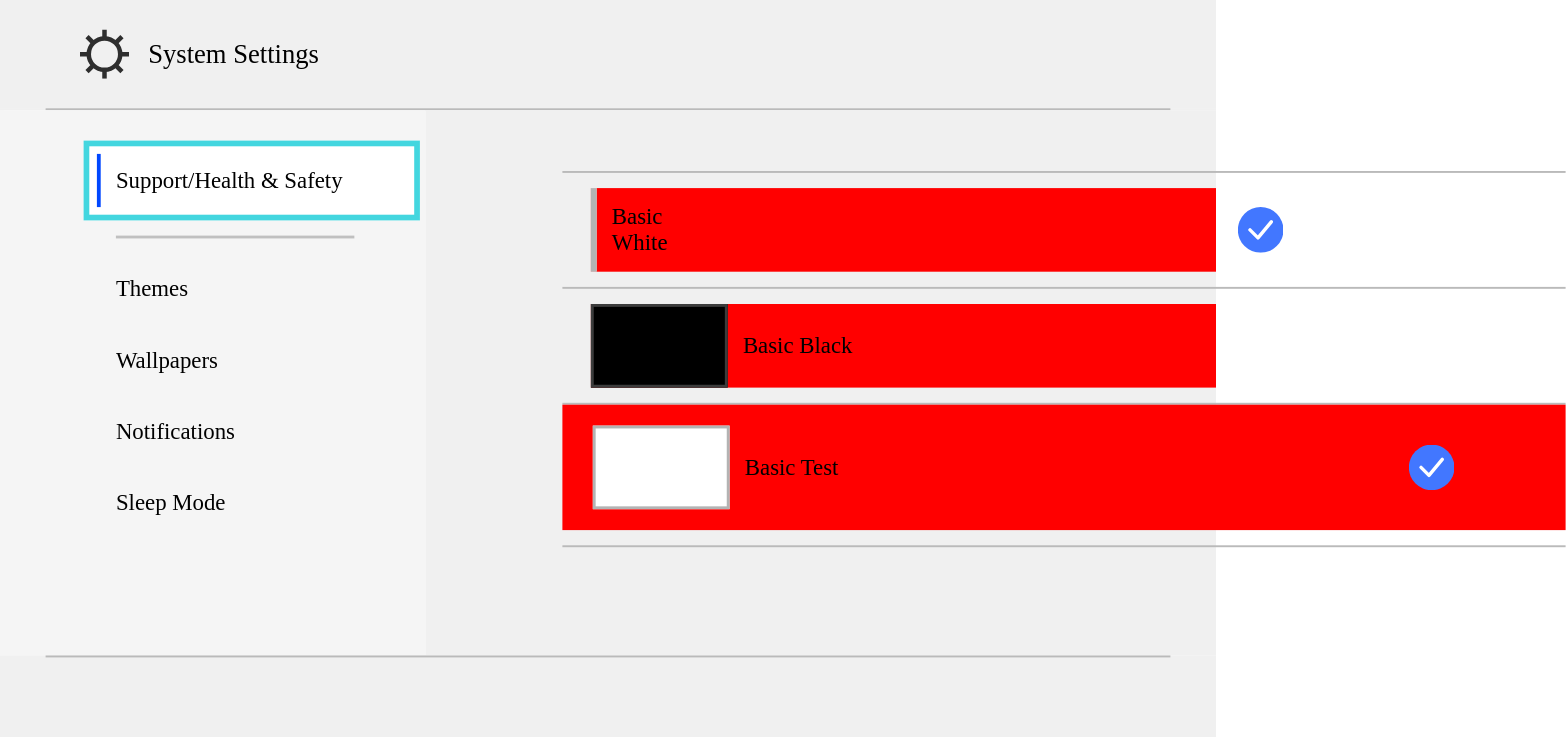
Repository: danielj1415/nintendoSwitchUI2
Page: /settings
These files come from the project's save history. The page is drawn as it stood at one moment and after the next save; the edit follows.
The browser window is 1280 px wide. The page is 1648 px wide, so the pictures cover 1648 px, including what lies to the right of the window. The pictures show the whole page, at 95% of full size.
The project was rebuilt for these pictures with package versions that can differ from the ones it lists, and the page was loaded fresh each time. Also part of the build but not shown: vite.config.js, src/ScreenHome.jsx.

Above is the page before, as saved 2024-09-29 19:29:33.

### src/App.jsx
import { BrowserRouter as Router, Routes, Route } from "react-router-dom";
import ScreenHome from "./ScreenHome";
import ScreenSettings from "./ScreenSettings";
import './App.css';

function App() {
  return (
    <Router>
      <Routes>
        <Route path="/" element={<ScreenHome />} />
        <Route path="/settings" element={<ScreenSettings />} />
      </Routes>
    </Router>
  );
}

export default App;

### src/ScreenSettings.jsx

import "./ScreenSettings.css";
import iconBrightnessLight from "./assets/icons/iconBrightnessLight.svg";
import { useState, useEffect } from "react";
import iconCheckMark from "./assets/icons/iconCheckMark.svg";

function ScreenSettings(){

    const settingsOptions = [
        { name: "Support/Health & Safety"},
        { name: "Themes"},
        { name: "Wallpapers"},
        { name: "Notifications"},
        { name: "Sleep Mode"},
        //{ name: "Airplane Mode"}, // Add corresponding images for these games
      ];

      const [selectedIndex, setSelectedIndex] = useState(0);
      const [optionsTheme, setOptionsTheme] = useState(true); // true means the user is on the Themes page for the system settings
      const [optionsWallpaper, setOptionsWallpaper] = useState(false); // true means the user is on the Wallpaper page for the system settings

      useEffect(() => {
        const handleKeyDown = (event) => {
          if (event.key === "ArrowDown") {
            event.preventDefault();
            setSelectedIndex((prevIndex) =>
              prevIndex < settingsOptions.length - 1 ? prevIndex + 1 : 0
            );
          } else if (event.key === "ArrowUp") {
            event.preventDefault();
            setSelectedIndex((prevIndex) =>
              prevIndex > 0 ? prevIndex - 1 : settingsOptions.length - 1
            );
          }
        };

        window.addEventListener("keydown", handleKeyDown);

        // Clean up the event listener
        return () => {
          window.removeEventListener("keydown", handleKeyDown);
        };
      }, [settingsOptions.length]);

    return(
        <div className = "settingsScreen">
            <div className = "topMenuSettings">
                <div className = "topMenuRow">
                    <img src = {iconBrightnessLight} className = "iconBrightnessLight marginRight28 marginLeft108"/>
                    <p className = "headingText">System Settings</p>
                </div>
                <div className = "divider"/>
            </div>
            <div className="middleMenuSettings">
            <div className="leftMenuSettings">
            <div className = "spacer"/>
            {/* Render the first option separately */}
            {settingsOptions.slice(0, 1).map((option, index) => (
                <div
                    key={index}
                    className={`leftMenuOptions ${
                        selectedIndex === index ? "selectedOption" : "unselectedOption"
                    }`}
                >
                    {selectedIndex === index && (
                        <div className="selectedOptionLine marginLeft8 marginRight16" />
                    )}
                    <div>
                        <p className={`subheadingText`}>{option.name}</p>
                    </div>
                    {/* Add a line after the first option */}
                    <div className="lineAfterOption"></div>
                </div>
            ))}
            <div className = "square"/>
            {/* Render the remaining options */}
            {settingsOptions.slice(1).map((option, index) => (
            <div
                key={index + 1}  // Offset index for the remaining items
                className={`leftMenuOptions ${
                    selectedIndex === index + 1 ? "selectedOption" : "unselectedOption"
                }`}
            >
                {selectedIndex === index + 1 && (
                    <div className="selectedOptionLine marginLeft8 marginRight16" />
                )}
                <div>
                    <p className={`subheadingText`}>{option.name}</p>
                </div>
            </div>
            ))}
            </div>
                <div className="rightMenuSettings">
                {optionsTheme === true && ( // theme page on system settings
                    <div className = "themePage">
                        <div className = "themeLine marginTop64"></div>
                        <div className = "themeRow marginLeft174 marginTop32">
                            <div className = "themeWhiteRectangle marginRight16"></div>
                            <p className = "subheadingText">Basic White</p>
                            <img className = "iconCheckMark" src = {iconCheckMark}/>
                        </div>
                        <div className = "themeLine marginTop32"></div>
                        <div className = "themeRow marginLeft174 marginTop32">
                            <div className = "themeBlackRectangle marginRight16"></div>
                            <p className = "subheadingText">Basic Black</p>
                        </div>
                        <div className = "themeLine marginTop32"></div>

                        <div className = "themeRowSelected marginLeft144">
                            <div className = "themeWhiteRectangle marginRight16 marginLeft32"></div>
                            <p className = "subheadingText">Basic Test</p>
                            <img className = "iconCheckMark" src = {iconCheckMark}/>
                        </div>
                        <div className = "themeLine marginTop32"></div>
                    </div>
                )}
                {optionsWallpaper === true && ( // wallpaper page on system settings
                    <div className = "wallpaperPage">
                        Your mom's wallpaper
                    </div>
                )}
                </div>
            </div>
            <div className = "bottomMenuSettings">
                <div className = "divider"/>
            </div>
        </div>
    )
}

export default ScreenSettings;

### src/App.css
html, body {
  margin: 0;
  padding: 0;
  height: 100%;
  width: 100%;
}

.appScreen{
  display: flex;
  justify-content: center;
  align-items: center;
  height: 100vh;
}

### src/ScreenHome.css

@import "./fonts.css";

/* Set the container to relative positioning */
.homeScreen {
    position: relative;
    width: 100vw;
    height: 100vh;
    overflow-x: hidden;
  }

  /* Set the image to cover the entire container */
  .wallpaper {
    position: absolute;
    top: 0;
    left: 0;
    width: 100%;
    height: 100%;
    object-fit: cover; /* Ensure the image covers the whole area */
    z-index: -1; /* Send the image to the background */
  }

  /* Row of squares */
  .square-row {
    display: flex;
    justify-content: space-between; /* Space the squares evenly */
    position: relative; /* Ensure it's positioned on top of the image */
    width: 100%;
    height: 460px; /* Adjust the height of the row */
    z-index: 1; /* Ensure the row stays above the image */
    top: 50%; /* Vertically center the row */
    transform: translateY(-340px); /* Adjust the top positioning for perfect centering */
    margin-left: 80px;
    gap: 32px;
  }

  /* Individual squares */
  .game {
    flex-shrink: 0;
    width: 360px;
    height: 360px;
    background-color: rgba(255, 255, 255, 0.2); /* Add some transparency */
    backdrop-filter: blur(15px); /* Apply the blur effect to the background */
    transition: all 0.3s ease; /* Smooth transition when selecting */
    display: flex; /* Enable Flexbox */
        justify-content: center; /* Horizontally center the image */
        align-items: center; /* Vertically center the image */
        box-shadow: 0 4px 8px rgba(0, 0, 0, 0.5); /* Add a soft shadow */
  }

  /* Selected game styles */
.game.selected {
    width: 440px; /* Increase the size of the selected game */
    height: 440px;
    transform: translateY(-60px);
  }

  .game-name {
    position: absolute;
    font-family: "Nintendo Switch UI";
    white-space: nowrap; /* Ensure the text stays on one line */
    left: 50%; /* Center the text horizontally */
    transform: translateX(-50%); /* Ensure centering within its container */
    height: 100px;
    top: -100px;
    width: 600px;

  }

  .game-name-text{
    color: #43D6DF;
    font-size: 36px;
    text-align: center;
  }
  .game-image {
    width: 92%;
    height: 92%;
    object-fit: cover; /* Ensure the image covers the entire div */
  }
  .game-image {
    opacity: 0.5; /* Make the image 50% opaque */
    transition: opacity 0.3s ease; /* Smooth transition for the opacity change */
  }

  /* Selected game's image (full opacity) */
  .game.selected .game-image {
    opacity: 1; /* Full opacity for the selected game's image */
  }

  .profileIconContainer{
    display: flex;
    flex-direction: column; /* Ensure the number and image are stacked vertically */
    align-items: center; /* Center the number and image horizontally */
    width: 64px;
    margin-left: 80px;
  }

  .imageProfile{
    width: 48px;
    height: 48px;
    border-radius: 50%;
    border: 3px solid #43D6DF;
    margin-top: -24px;
  }

  .profileFriends{
    font-family: "Nintendo Switch UI";
    font-size: 24px;
    color: #43D6DF
  }

  .circle-row{
    display: flex;
    gap: 28px;
    justify-content: center;
    margin-top: 96px;
  }

  .icons{
    width: 90px;
    height: 90px;
    border-radius: 50%;
    background-color: rgba(255, 255, 255, 0.3); /* Add some transparency */
    box-shadow: 0 4px 8px rgba(0, 0, 0, 0.5); /* Add a soft shadow */
    backdrop-filter: blur(15px);
  }

  .iconRowCircle{
    width: 90px;
    height: 90px;
    border-radius: 50%;
    background-color: rgba(255, 255, 255, 0.3); /* Add some transparency */
    box-shadow: 0 3px 6px rgba(0, 0, 0, 0.3); /* Add a soft shadow */
    backdrop-filter: blur(15px);
    display: flex;
    align-items: center;
    justify-content: center;
    position: relative;
  }

  .iconRowImage{
    width: 48px;
    height: 48px;
  }

  .iconRowImage2{
    width: 52px;
    height: 52px;
    margin-left: 4px;
    margin-top: 4px;
  }


.selectedIcon {
  position: relative;
}

.selectedIcon::before {
  content: "";
  position: absolute;
  top: -4px;
  left: -4px;
  width: calc(100%);
  height: calc(100%);
  border: 4px solid #43D6DF;
  border-radius: 50%;
  pointer-events: none;
}

  .bottomMenu{
    margin-left: 80px;
    margin-right: 80px;
    margin-top: 72px;
  }

  .lineDivider{
    height: 2px;
    width:auto;
    background-color: #ffffff;
  }

  .iconSwitchLight{
    width: 96px;
    height: 44px;
    box-shadow: 0 4px 8px rgba(0, 0, 0, 0.5);
    border-radius: 8px;
  }

  .bottomMenuRow{
    display: flex;
    align-items: center;
    justify-content: space-between;
    margin-top: 28px;
  }

  .bottomMenuRowIcons{
    width: 400px;
    height: 44px;
    display: flex;
    align-items: center;
    justify-content: end;
  }

  .iconA{
    width: 36px;
    height: 36px;
    box-shadow: 0 4px 8px rgba(0, 0, 0, 0.5);
    border-radius: 50%;
  }

  .iconOptions{
    width: 36px;
    height: 36px;
    box-shadow: 0 4px 8px rgba(0, 0, 0, 0.5);
    border-radius: 50%;
  }

  .bottomMenuRowText{
    font-family: "Nintendo Switch UI";
    color: white;
    font-size: 26px;
    text-shadow: 0 0 10px rgba(255, 255, 255, 0.8),
  }

  .marginRight20{
    margin-right: 20px;
  }

  .marginLeft84{
    margin-left: 84px;
  }

  @media (max-height: 800px) and (min-height: 700px)
  {
    .game {
        flex-shrink: 0;
        width: 306px;
        height: 306px;
        background-color: rgba(255, 255, 255, 0.3); /* Add some transparency */
        backdrop-filter: blur(15px); /* Apply the blur effect to the background */
        transition: all 0.3s ease; /* Smooth transition when selecting */
        display: flex; /* Enable Flexbox */
        justify-content: center; /* Horizontally center the image */
        align-items: center; /* Vertically center the image */
        box-shadow: 0 4px 8px rgba(0, 0, 0, 0.5); /* Add a soft shadow */
      }

      /* Selected game styles */
    .game.selected {
        width: 380px; /* Increase the size of the selected game */
        height: 380px;
        transform: translateY(-60px);
      }
      .game-name-text{
        color: #43D6DF;
        font-size: 32px;
        text-align: center;
      }
      .game-name {
        position: absolute;
        font-family: "Nintendo Switch UI";
        white-space: nowrap; /* Ensure the text stays on one line */
        left: 50%; /* Center the text horizontally */
        transform: translateX(-50%); /* Ensure centering within its container */
        height: 100px;
        top: -80px;
        width: 600px;
      }
      .square-row {
        display: flex;
        justify-content: space-between; /* Space the squares evenly */
        position: relative; /* Ensure it's positioned on top of the image */
        width: 100%;
        height: 360px; /* Adjust the height of the row */
        z-index: 1; /* Ensure the row stays above the image */
        top: 50%; /* Vertically center the row */
        transform: translateY(-280px); /* Adjust the top positioning for perfect centering */
        margin-left: 80px;
        gap: 32px;
      }
      .game-image {
        width: 92%;
        height: 92%;
        object-fit: cover; /* Ensure the image covers the entire div */
      }
      .game-image {
        opacity: 0.5; /* Make the image 50% opaque */
        transition: opacity 0.3s ease; /* Smooth transition for the opacity change */
      }

      /* Selected game's image (full opacity) */
      .game.selected .game-image {
        opacity: 1; /* Full opacity for the selected game's image */
      }
      .circle-row{
        display: flex;
        gap: 28px;
        justify-content: center;
        margin-top: 96px;
        height: 1px;
      }

      .icons{
        width: 72px;
        height: 72px;
        border-radius: 50%;
        background-color: rgba(255, 255, 255, 0.3); /* Add some transparency */
        box-shadow: 0 4px 8px rgba(0, 0, 0, 0.5); /* Add a soft shadow */
        backdrop-filter: blur(15px);
      }

      .iconRowCircle{
        width: 72px;
        height: 72px;
        border-radius: 50%;
        background-color: rgba(255, 255, 255, 0.3); /* Add some transparency */
        box-shadow: 0 3px 6px rgba(0, 0, 0, 0.3); /* Add a soft shadow */
        backdrop-filter: blur(15px);
        display: flex;
        align-items: center;
        justify-content: center;
        position: relative;
      }

      .iconRowImage{
        width: 40px;
        height: 40px;
      }

      .iconRowImage2{
        width: 48px;
        height: 48px;
        margin-left: 4px;
        margin-top: 4px;
      }


    .selectedIcon {
      position: relative;
    }

    .selectedIcon::before {
      content: "";
      position: absolute;
      top: -4px;
      left: -4px;
      width: calc(100%);
      height: calc(100%);
      border: 4px solid #43D6DF;
      border-radius: 50%;
      pointer-events: none;
    }
    .bottomMenu{
      margin-left: 80px;
      margin-right: 80px;
      height: 1px;
      margin-top: 108px;
    }

    .lineDivider{
      height: 2px;
      width:auto;
      background-color: #ffffff;
    }

    .iconSwitchLight{
      width: 84px;
      height: 52px;
      margin-top: 16px;
    }
    .bottomMenuRow{
      display: flex;
      align-items: center;
      justify-content: space-between;
      margin-top: 4px;
    }
    .iconA{
      width: 28px;
      height: 28px;
      box-shadow: 0 4px 8px rgba(0, 0, 0, 0.5);
      border-radius: 50%;
    }

    .iconOptions{
      width: 28px;
      height: 28px;
      box-shadow: 0 4px 8px rgba(0, 0, 0, 0.5);
      border-radius: 50%;
    }

    .bottomMenuRowText{
      font-family: "Nintendo Switch UI";
      color: white;
      font-size: 22px;
      text-shadow: 0 0 10px rgba(255, 255, 255, 0.8),
    }

}
@media (max-height: 920px) and (min-height: 800px)
{
  .lineDivider{
    height: 2px;
    width:auto;
    background-color: white;
  }
  .square-row {
    transform: translateY(-320px); /* Adjust the top positioning for perfect centering */
  }
  .circle-row{
    margin-top: 72px;
  }
}

### src/ScreenSettings.css

    @import "./fonts.css";

    .topMenuSettings{
        width: 100%;
        background-color: #F0F0F0;
    }

    .topMenuRow{
        display: flex;
        align-items: center;
        background-color: #F0F0F0;
        height: 142px;
    }

    .bottomMenuSettings{
        width: 100%;
        height: 116px;
        background-color: #F0F0F0;
    }

    .middleMenuSettings{
        display: flex;
    }

    .leftMenuSettings{
        width: 32%;
        height: 690px;
        background-color: #F5F5F5;
    }

    .rightMenuSettings{
        width: 68%;
        height: 690px;
        background-color: #F0F0F0;
    }

    .iconBrightnessLight{
        width: 66px;
        height: 66px;
    }

    .headingText{
        font-size: 34px;
        font-family: "Nintendo Switch UI";
    }

    .marginRight28{
        margin-right: 28px;
    }

    .marginLeft108{
        margin-left: 108px;
    }

    .divider{
        height: 2px;
        margin-left:48px;
        margin-right: 48px;
        background-color: #bababa;
        justify-content: center;
    }

    .subheadingText{
        font-family: "Nintendo Switch UI";
        font-size: 30px;
    }

    .bottomMenuSettings{
        z-index: 1;
        position: absolute;
    }
    .selectedOption {
        width: 432px;
        height: 94px;
        background-color: #FFFFFF;
        border: 6px solid #43D6DF;
        display: flex; /* Use flexbox to align the blue line and text horizontally */
        align-items: center; /* Vertically center the items inside */
        margin-left: 122px;
    }
    .unselectedOption{
        margin-left: 160px;
        display: flex; /* Use flexbox to align the blue line and text horizontally */
        align-items: center; /* Vertically center the items inside */
    }
    .selectedOptionSub{
        display: flex;
        align-items: center;
        height: 72px;
    }
    .marginLeft8{
        margin-left: 8px;
    }

    .marginRight16{
        margin-right: 18px;
    }

    .marginLeftselectedOption{
        margin-left: 88px;
    }

    .spacer{
        width: 4px;
        height: 32px;
        background-color: #F5F5F5;
    }

    .square {
        width: 432px;    /* Set the width of the square */
        height: 2px;   /* Set the height of the square */
        background-color: #bababa; /* You can change the color of the square */
        margin-top: 16px;
        margin-bottom: 16px;
        margin-left: 128px;
    }

    .selectedOptionLine{
        height: 72px;
        width: 6px;
        background-color: #0047FF;
    }

    .themeLine{
        height: 2px;
        width: 1056px;
        margin-left: 144px;
        background-color: #bababa;
    }

    .themeRow{
        display: flex;
        align-items: center;
        background-color: red;
        height: 88px;
    }

    .themeWhiteRectangle{
        width: 138px;
        height: 82px;
        background-color: white;
        border: 3px solid #B3B3B3;
    }

    .themeBlackRectangle{
        width: 138px;
        height: 82px;
        background-color: black;
        border: 3px solid #3C3C3C;
    }

    .marginLeft174{
        margin-left: 174px;
    }

    .marginTop32{
        margin-top: 16px;
    }

    .marginTop64{
        margin-top: 64px;
    }

    .iconCheckMark{
        width: 48px;
        height: 48px;
        margin-left: 600px;
    }

    .themeRowSelected{
        display: flex;
        align-items: center;
        background-color: red;
        width: 1056px;
        height: 132px;
    }

    .marginLeft144{
        margin-left: 144px;
    }

    .marginLeft32{
        margin-left: 32px;
    }

    @media (max-height: 800px) and (min-height: 700px)
    {
        .headingText{
            font-size: 28px;
            font-family: "Nintendo Switch UI";
        }
        .subheadingText{
            font-family: "Nintendo Switch UI";
            font-size: 24px;
        }
        .iconBrightnessLight{
            width: 52px;
            height: 52px;
        }
        .leftMenuOptions{
            margin-left: 0px;
            margin-top: 0px;
        }
        .marginRight28{
            margin-right: 20px;
        }

        .marginLeft108{
            margin-left: 84px;
        }
        .topMenuRow{
            display: flex;
            align-items: center;
            background-color: #F0F0F0;
            height: 114px;
        }
        .bottomMenuSettings{
            width: 100%;
            height: 86px;
            background-color: #F0F0F0;
        }
        .leftMenuSettings{
            width: 35%;
            height: 574px;
            background-color: #F5F5F5;
        }

        .rightMenuSettings{
            width: 65%;
            height: 574px;
            background-color: #F0F0F0;
        }

        .marginLeft124{
            margin-left: 124px;
        }

        .selectedOption {
            width: 342px;
            height: 72px;
            background-color: #FFFFFF;
            border: 6px solid #43D6DF;
            display: flex; /* Use flexbox to align the blue line and text horizontally */
            align-items: center; /* Vertically center the items inside */
            margin-left: 88px;
        }
        .unselectedOption{
            margin-left: 122px;
            display: flex; /* Use flexbox to align the blue line and text horizontally */
            align-items: center; /* Vertically center the items inside */
        }

        .selectedOptionSub{
            display: flex;
            align-items: center;
            height: 72px;
        }

        .selectedOptionLine{
            height: 56px;
            width: 4px;
            background-color: #0047FF;
        }

        .marginLeft8{
            margin-left: 8px;
        }

        .marginRight16{
            margin-right: 16px;
        }

        .marginLeftselectedOption{
            margin-left: 88px;
        }

        .spacer{
            width: 4px;
            height: 32px;
            background-color: #F5F5F5;
        }

        .square {
            width: 56%;    /* Set the width of the square */
            height: 3px;   /* Set the height of the square */
            background-color: #C0C0C0; /* You can change the color of the square */
            margin-left: 122px;
            margin-top: 16px;
            margin-bottom: 16px;
        }


    }

### src/fonts.css

@font-face {
    font-family: "Nintendo Switch";
    src: url("/src/assets/fonts/NINTENDOSWITCHUI.TTF");
  }

Loaded but not shown: index.html (common file); src/main.jsx (common file)

After the next save:
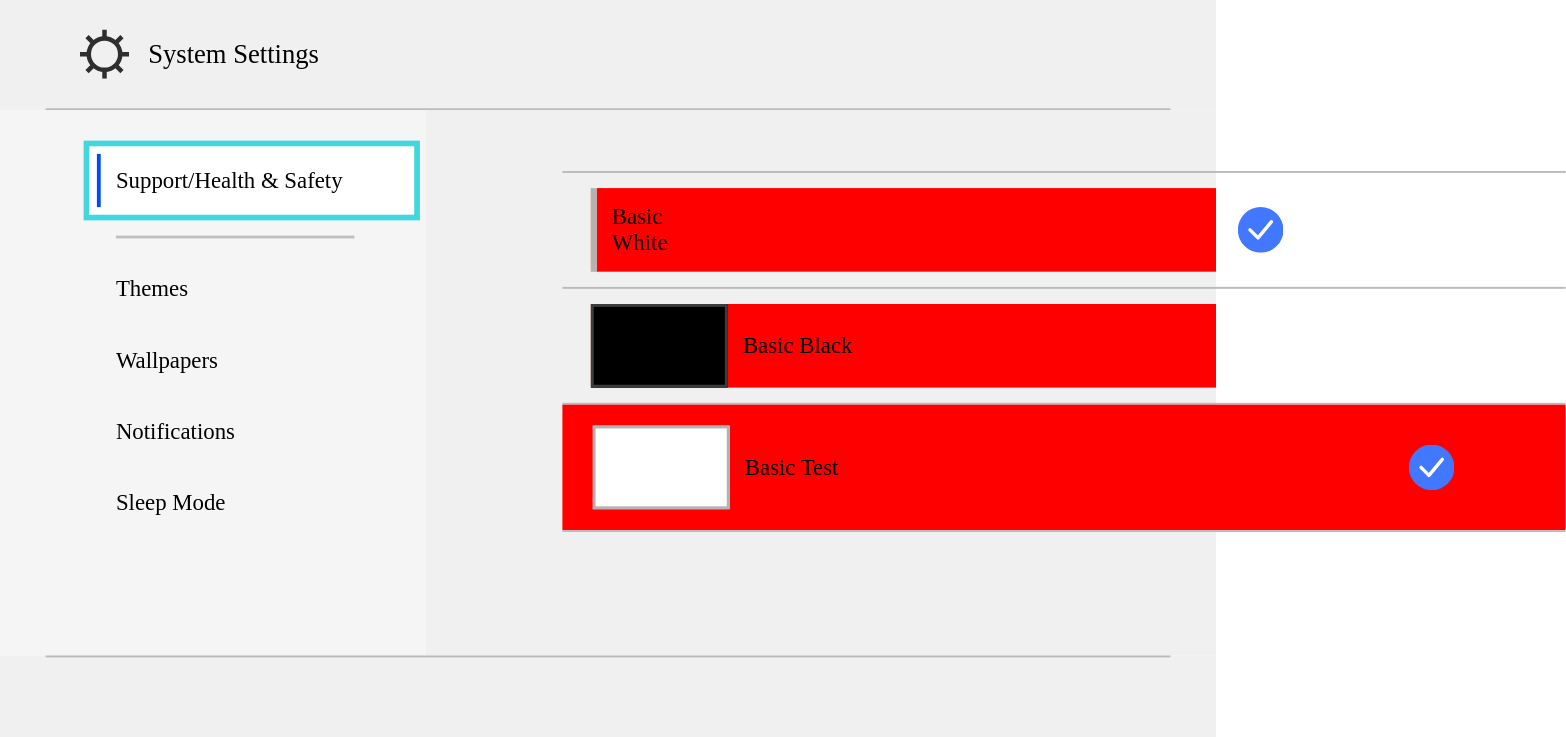
Saved 5 s later.
--- a/src/ScreenSettings.jsx
+++ b/src/ScreenSettings.jsx
@@ -111,7 +111,7 @@ function ScreenSettings(){
                             <p className = "subheadingText">Basic Test</p>
                             <img className = "iconCheckMark" src = {iconCheckMark}/>
                         </div>
-                        <div className = "themeLine marginTop32"></div>
+                        <div className = "themeLine"></div>
                     </div>
                 )}
                 {optionsWallpaper === true && ( // wallpaper page on system settings
